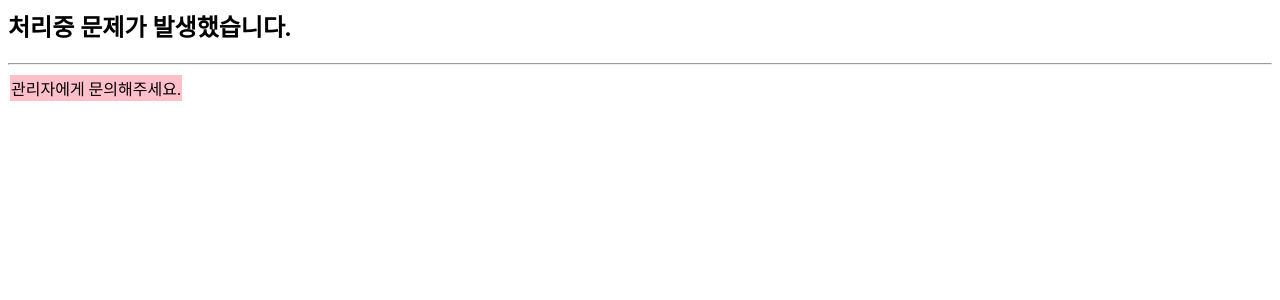
Repository: kimjoohye/study_WEB
Page: http://localhost/studyhtml5/jsp/j01/error.jsp
The author's editor kept a copy of each file at every save. The page is drawn from the files as they stood at one save, then again after the next save.
The browser window is 1280 px wide. The pictures show the whole page.
The page is served by Tomcat 9. Other server files are loaded and not shown.

Above is the page before, as saved 2022-05-13 01:49:32.

### workspace/studyhtml5/WebContent/jsp/j01/error.jsp
<%@ page language="java" contentType="text/html; charset=UTF-8"
    isErrorPage="true"
    pageEncoding="UTF-8"%>
<h2>처리중 문제가 발생했습니다.</h2>
<hr/>
<table>
  <tr width='100%' bgcolor="pink">
    <td>관리자에게 문의해주세요.</td>
  </tr>
</table>

After the next save:
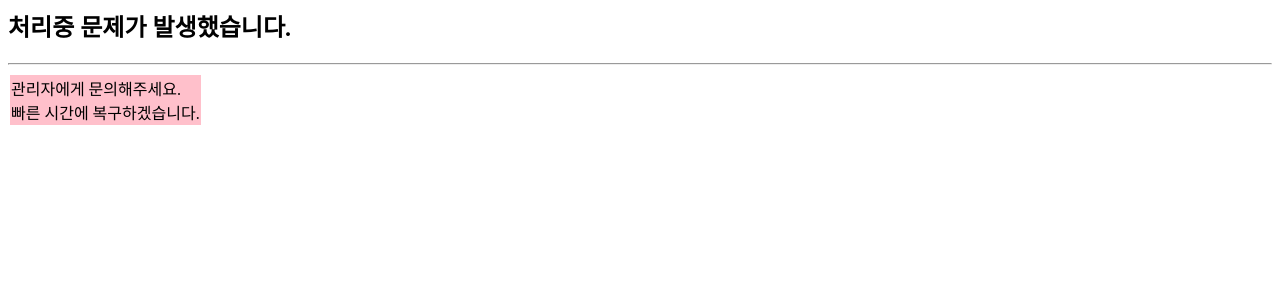
Saved 24 s later.
--- a/workspace/studyhtml5/WebContent/jsp/j01/error.jsp
+++ b/workspace/studyhtml5/WebContent/jsp/j01/error.jsp
@@ -5,6 +5,8 @@
 <hr/>
 <table>
   <tr width='100%' bgcolor="pink">
-    <td>관리자에게 문의해주세요.</td>
+    <td>관리자에게 문의해주세요.<br/>
+         빠른 시간에 복구하겠습니다.
+    </td>
   </tr>
 </table>
